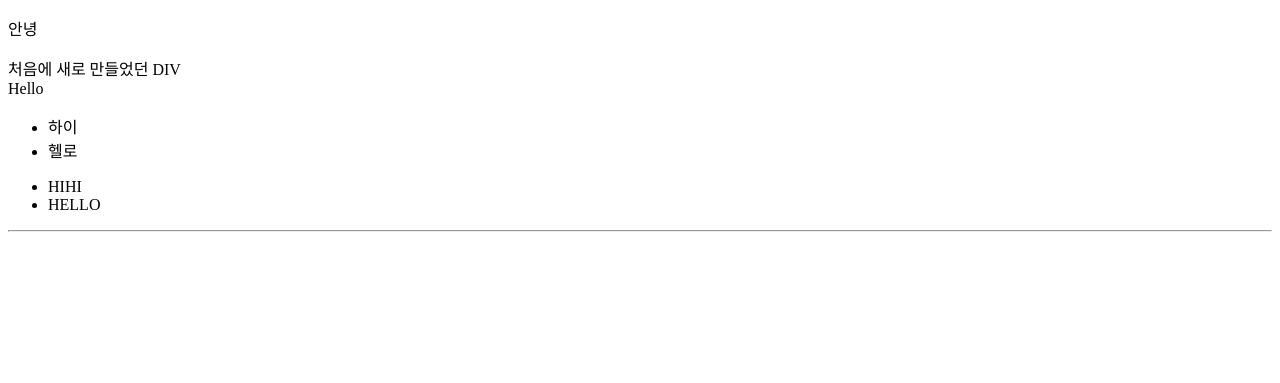
Repository: Baechangho/JavaBasic
Page: workspace_web/Front/src/main/webapp/jquery/jq_07.html
An editor plug-in stored every save of this project. The page is shown before and after the next save, followed by the edit.
The browser window is 1280 px wide. The pictures show the whole page.

Above is the page before, as saved 2023-08-09 06:33:14.

After the next save:
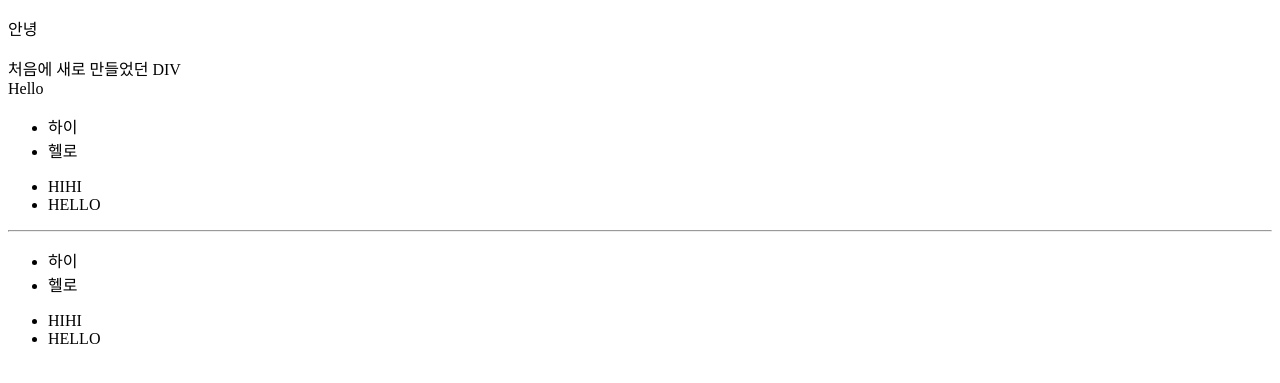
Saved 10 s later.
--- a/workspace_web/Front/src/main/webapp/jquery/jq_07.html
+++ b/workspace_web/Front/src/main/webapp/jquery/jq_07.html
@@ -52,6 +52,7 @@ $(function() {
 	var $cloneDiv = $newDiv.clone()
 
 	$(document.body).append("<hr>")
+	$(document.body).append($cloneDiv)
 
 
 
